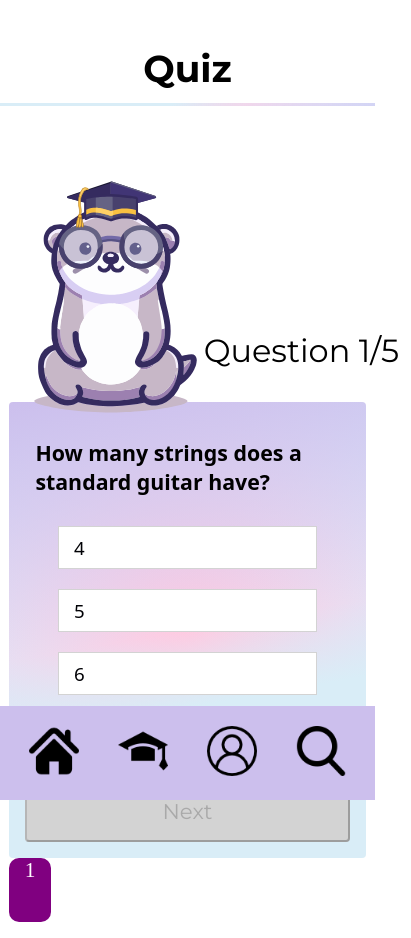
Repository: 1medi/pocketprof
Page: /quiz/page
An editor plug-in stored every save of this project. The page is shown before and after the next save, followed by the edit.
The browser window is 375 px wide. The page is 411 px wide, so the pictures cover 411 px, including what lies to the right of the window. The pictures show the whole page.
The project was rebuilt for these pictures with package versions that can differ from the ones it lists, and the page was loaded fresh each time. The framework's server and built-in components were replaced by stand-ins that run in the browser. Also part of the build but not shown: next.config.mjs, Components/Buttons/Oscar/Oscar.module.css, Components/Buttons/Oscar/index.js.

Above is the page before, as saved 2024-04-14 06:26:13.

After the next save:
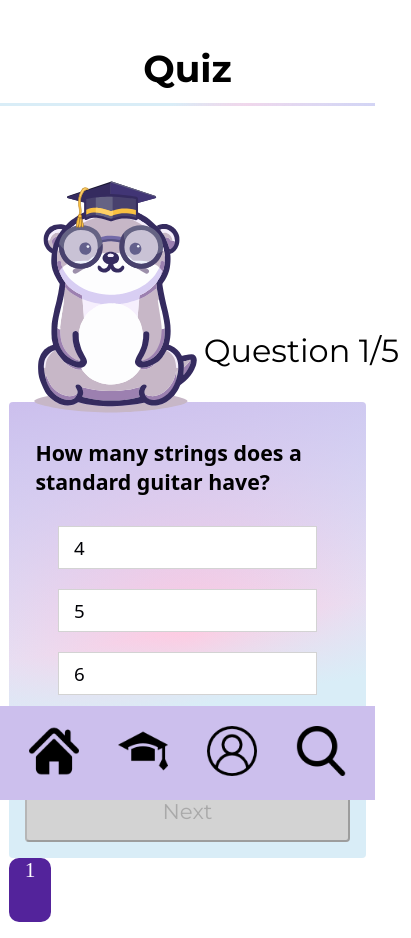
Saved 27 s later.
--- a/pages/quiz/page.module.css
+++ b/pages/quiz/page.module.css
@@ -156,7 +156,7 @@
 }
 
 .step{
-  background-color: purple;
+  background-color: var(--main-color-purple);
   transition: background-color 0.5s ease;
   height:3em;
   width: 10em;
